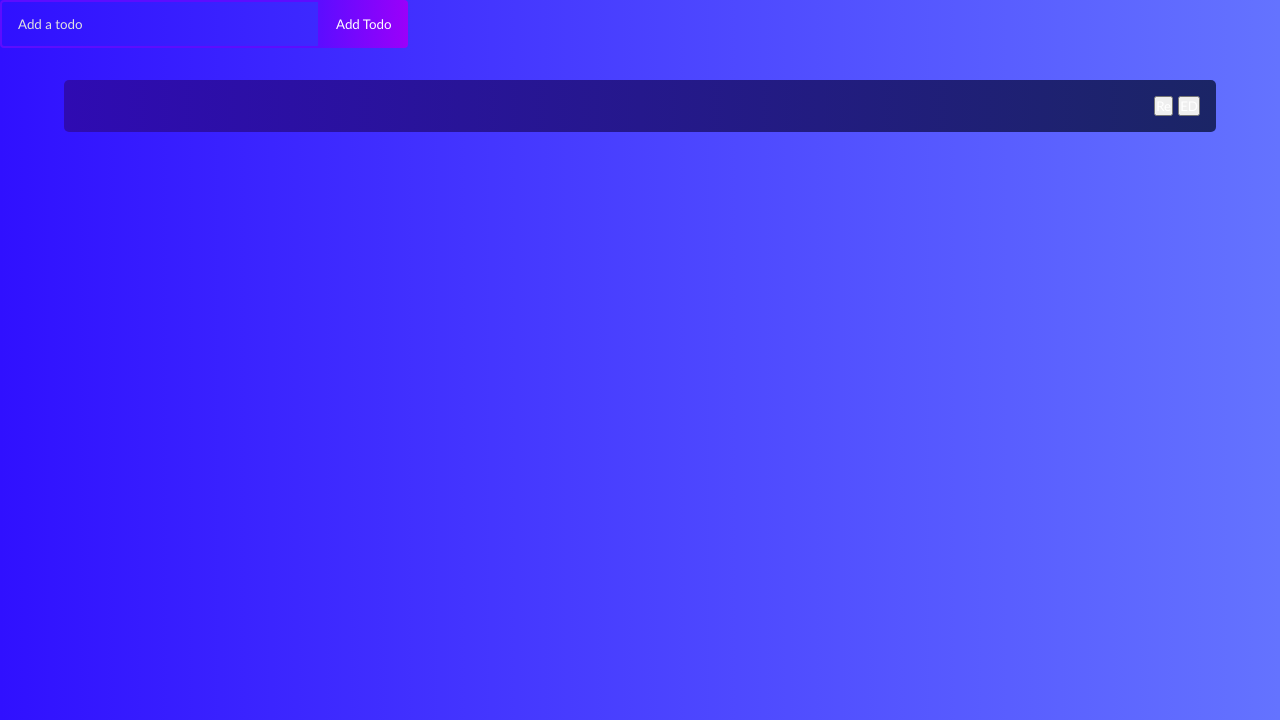
Repository: kirangautam45/ToDoList
Page: /, after clicking the first element matching `button.todo-button`
These files come from the project's save history. The page is drawn as it stood at one moment and after a run of saves; the edit follows.
The browser window is 1280 px wide. The pictures show the whole page.
The project was rebuilt for these pictures with package versions that can differ from the ones it lists, and the page was loaded fresh each time.

Above is the page before, as saved 2022-08-06 08:41:47.

After the next 2 saves:
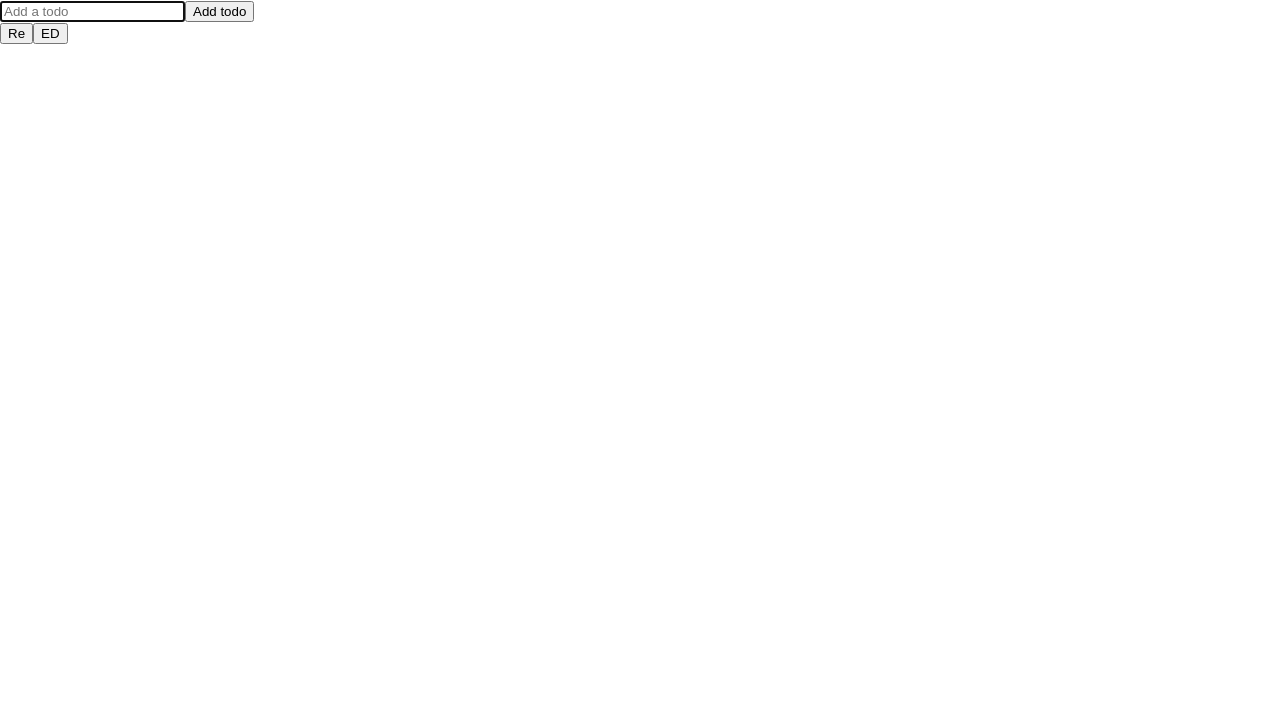
The 2 saves are shown as one change because they came seconds apart.
The last was saved 67 s later.
--- a/src/Todo.js
+++ b/src/Todo.js
@@ -1,6 +1,5 @@
 import React, { useState } from "react";
 import TodoForm from "./TodoForm";
-import "./App.css"
 
 const Todo = ({ todos, completeTodo, removeTodo, updateTodo }) => {
   const [edit, setEdit] = useState({

After the 2 saves that followed:
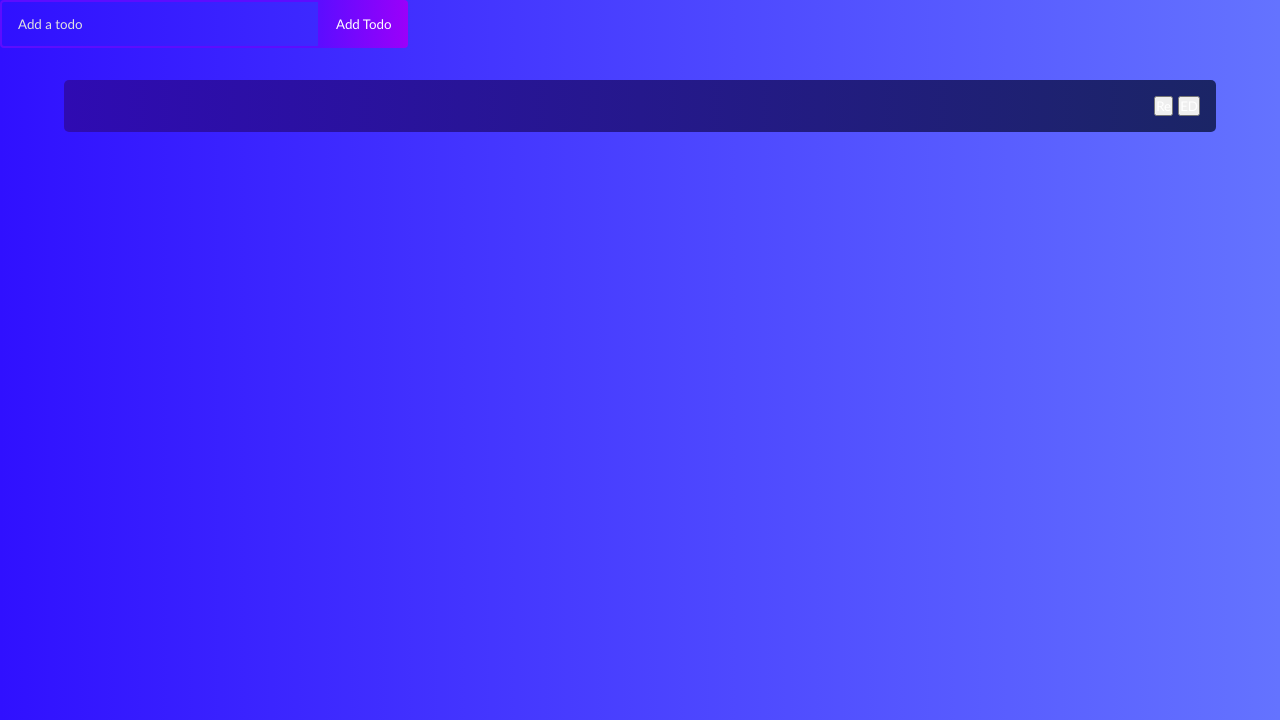
The 2 saves are shown as one change because they came seconds apart.
The last was saved 13 s later.
--- a/src/Todo.js
+++ b/src/Todo.js
@@ -1,5 +1,6 @@
 import React, { useState } from "react";
 import TodoForm from "./TodoForm";
+import "./App.css"
 
 const Todo = ({ todos, completeTodo, removeTodo, updateTodo }) => {
   const [edit, setEdit] = useState({
